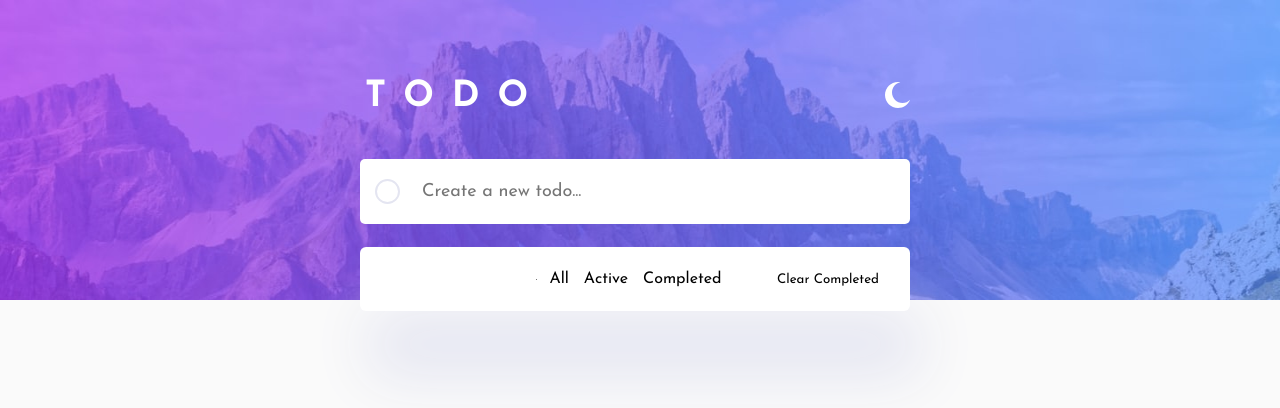
Repository: Haviles04/todoapp
Page: /
An editor plug-in stored every save of this project. The page is shown before and after the next save, followed by the edit.
The browser window is 1280 px wide. The pictures show the whole page.
The project was rebuilt for these pictures with package versions that can differ from the ones it lists, and the page was loaded fresh each time.

Above is the page before, as saved 2022-10-22 11:32:31.

After the next save:
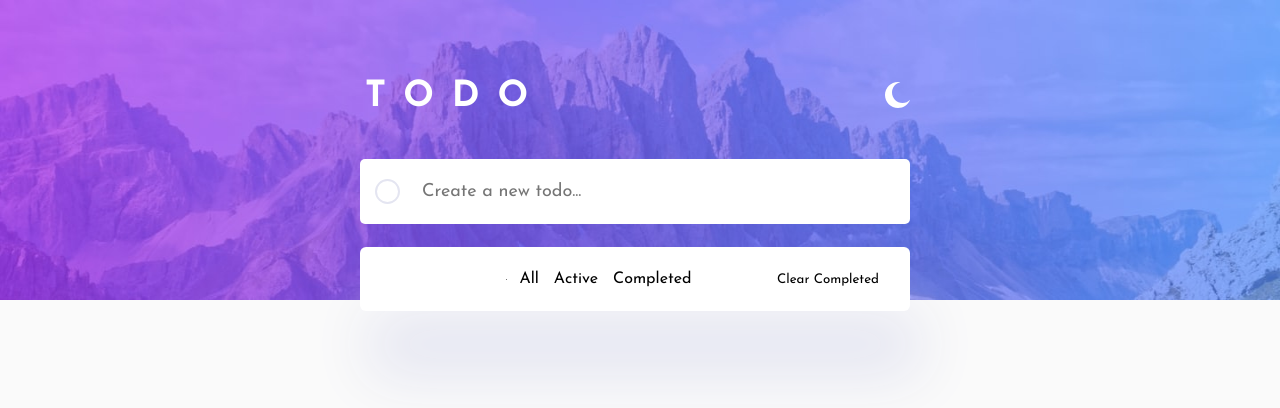
Saved 16 s later.
--- a/src/components/taskList/taskList.css
+++ b/src/components/taskList/taskList.css
@@ -74,7 +74,7 @@
 
 .todoCount {
     margin-left: 25px;
-    width:100px;
+    width:40px;
     box-sizing: border-box;
 }
 
@@ -99,7 +99,6 @@
 }
 
 .clearComplete{
-    width: auto;
     background-color: transparent;
     border: none;
     font-family:"Josefin Sans", sans-serif; ;
